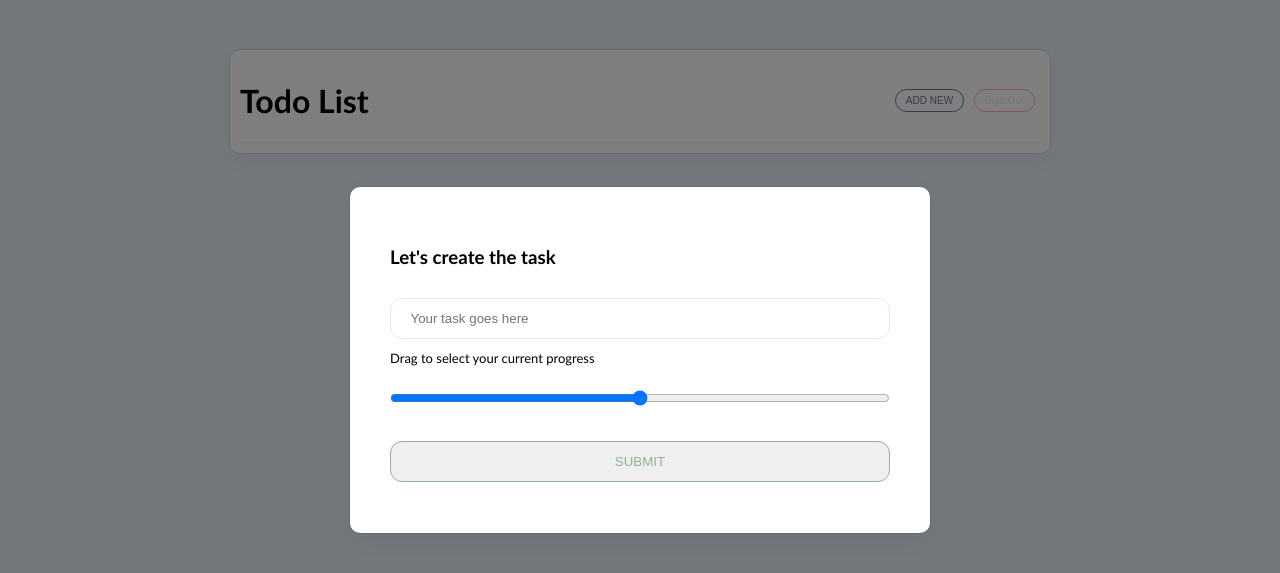
Repository: mosesvk/_todo
Page: / (app in client/), after clicking the first element matching `button.create`
An editor plug-in stored every save of this project. The page is shown before and after the next save, followed by the edit.
The browser window is 1280 px wide. The pictures show the whole page.
The page's requests for data from a server got no answer. The project was rebuilt for these pictures with package versions that can differ from the ones it lists, and the page was loaded fresh each time. No one was signed in, and anything a server would have sent is missing. Also part of the build but not shown: client/vite.config.js, client/src/components/ProgressBar.jsx, client/src/components/ListItem.jsx. Imported but missing from the stored project, and not drawn on this page: client/src/components/TickIcon.

Above is the page before, as saved 2023-05-04 13:16:01.

### client/src/App.jsx
import { useState, useEffect } from 'react'
import ListHeader from './components/ListHeader'
import ListItem from './components/ListItem'

const App = () => {
  const userEmail = 'test@test.com'
  const [tasks, setTasks] = useState(null)

  const getData = async () => {

    try {
      const response = await fetch(`http://localhost:8000/todos/${userEmail}`)
      const json = await response.json()
      setTasks(json)
    } catch (err) {
      console.error(err)
    }
  }

  useEffect(() => {
    getData()
  }, [])

  // console.log(tasks)

  const sortedTasks = tasks?.sort((a, b) => new Date(a.date) - new Date(b.date))

  return (
    <div className='app'>
      <ListHeader listName='Todo List' />
      {sortedTasks?.map((task) => <ListItem key={task.id} task={task} />)}
    </div>
  )
}

export default App

### client/src/index.css
body {
  margin: 0;
  padding: 0;
  background-color: #e9f1f9;
  display: flex;
  justify-content: center;
  font-family: 'Trebuchet MS', Arial, sans-serif;
}

.app {
  background-color: #ffffff;
  box-shadow: #0000000d 0 6px 24px, #00000014 0 0 0 1px;
  border-radius: 10px;
  padding: 10px;
  width: 800px;
  margin: 50px;
}

.button-container,
.info-container {
  display: flex;
  align-items: center;
}

.button-container button {
  margin: 0 5px;
  padding: 5px 10px;
  font-size: 10px;
  border-radius: 12px;
  background-color: transparent;
  cursor: pointer;
}


.edit {
    border: 1.5px solid #8db591;
    color: #8db591;
    text-transform: uppercase;
}

.edit:hover {
    background-color: #b6dfba;
}

.edit:active {
    border: 1.5px solid rgb(141, 181, 145);
    color: rgb(255, 255, 255);
    background-color: rgb(141, 181, 145);
}

.delete {
    border: 1.5px solid rgb(255, 175, 163);
    color: rgb(255, 175, 163);
    text-transform: uppercase;
}

.delete:hover {
    background-color: rgb(255, 201, 193);
}

.delete:active {
    background-color: rgb(255, 175, 163);
    color: rgb(255, 255, 255);
}

.create {
    border: 1.5px solid rgb(108, 115, 148);
    color: rgb(108, 115, 148);
    text-transform: uppercase;
}

.create:hover {
    background-color: rgb(131, 138, 172);
}

.create:active {
    background-color: rgb(108, 115, 148);
    color: rgb(255, 255, 255);
}

.signout {
    border: 1.5px solid rgb(255, 175, 163);
    background-color: rgb(255, 175, 163);
    color: rgb(234, 234, 234);
}

.signout:hover {
    background-color: rgb(175, 94 , 94) !important;
    border: 1.5px solid rgb(175, 94, 94);
}

.signout:active {
    border: 1.5px solid rgb(175, 81, 81);
    background-color: 1.5px solid rgb(175, 81, 81);
    color: rgb(255, 255, 255)
}


input {
    margin: 11px 0;
    padding: 12px 16px;
    border-radius: 12px;
    border: 1.5px solid rgb(230, 232, 236)
}


/* List Header  */

.list-header {
  width: 100%;
  display: flex;
  justify-content: space-between;
  border-bottom: #0000000d 1px solid;
}

.list-item {
  width: 100%;
  margin: 10px 0;
  border-radius: 10px;
  box-shadow: #00000014 0 0 0 1px;
  display: flex;
  justify-content: space-between;
}

.check {
  stroke: '#5dac83' !important;
  margin-right: 10px;
}


/* Modal  */

.overlay {
    position: absolute;
    left: 0;
    top: 0;
    width: 100vw;
    height: 100vh;
    background-color: rgba(0, 0, 0, 0.5);
    display: flex;
    justify-content: center;
    align-items: center;
}

.modal {
    width: 500px;
    background-color: rgb(255, 255, 255);
    padding: 40px;
    border-radius: 10px;
    box-shadow: rgba(0, 0, 0, 0.05) 0 6px 24px 0, rgba(0, 0, 0, 0.08) 0 0 0 1px;
}

.modal .form-title-container {
    display: flex;
    justify-content: space-between;
}

.modal .form-title-container button {
    border: none;
    background-color: transparent;
}

.modal .form-title-container button:active {
    color: rgb(255, 50, 50)
}

.modal form {
    display: flex;
    flex-direction: column;
}

.modal label {
    font-size: 13px
}

### client/src/components/ListHeader.jsx
import React from 'react'
import Modal from './Modal'
import { useState } from 'react'

const ListHeader = ({listName}) => {

  const [showModal, setShowModal] = useState(false)

  const signOut = () => {
    console.log('signout')
  }

  return (
    <div className='list-header'>
      <h1>{listName}</h1>
      <div className="button-container">
        <button className="create" onClick={() => setShowModal(true)}>Add New</button>
        <button className="signout" onClick={signOut}>Sign Out</button>
      </div>
      {showModal && <Modal mode={'create'} setShowModal={setShowModal}/>}
    </div>
  )
}

export default ListHeader

### client/src/components/Modal.jsx
import {useState} from 'react';

const Modal = ({mode, setShowModal}) => {
  mode = 'create';
  const editMode = mode === 'edit' ? true : false;

  const [data, setData] = useState({
    user_email: '',
    title: '',
    progress: '',
    data: editMode ? '' : new Date()
  });

  const handleChange = (e) => {
    const { name, value } = e.target;

    setData((data) => ({
      ...data,
      [name]: value
    }));

    console.log(data)
  };

  return (
    <div className='overlay'>
      <div className='modal'>
        <div className='form-title-container'>
          <h3>Let's {mode} the task</h3>
        </div>

        <form>
          <input
            required
            maxLength={30}
            placeholder=' Your task goes here'
            name='title'
            value={data.title}
            onChange={handleChange}
          />
          <label for='range'>Drag to select your current progress</label>
          <input
            required
            id='range'
            type='range'
            min='0'
            max='100'
            name='progress'
            value={data.progress}
            onChange={handleChange}
          />
          <input className='edit' type='submit' />
        </form>
      </div>
    </div>
  );
};

export default Modal;

Loaded but not shown: client/index.html (common file); client/src/main.jsx (common file)

After the next save:
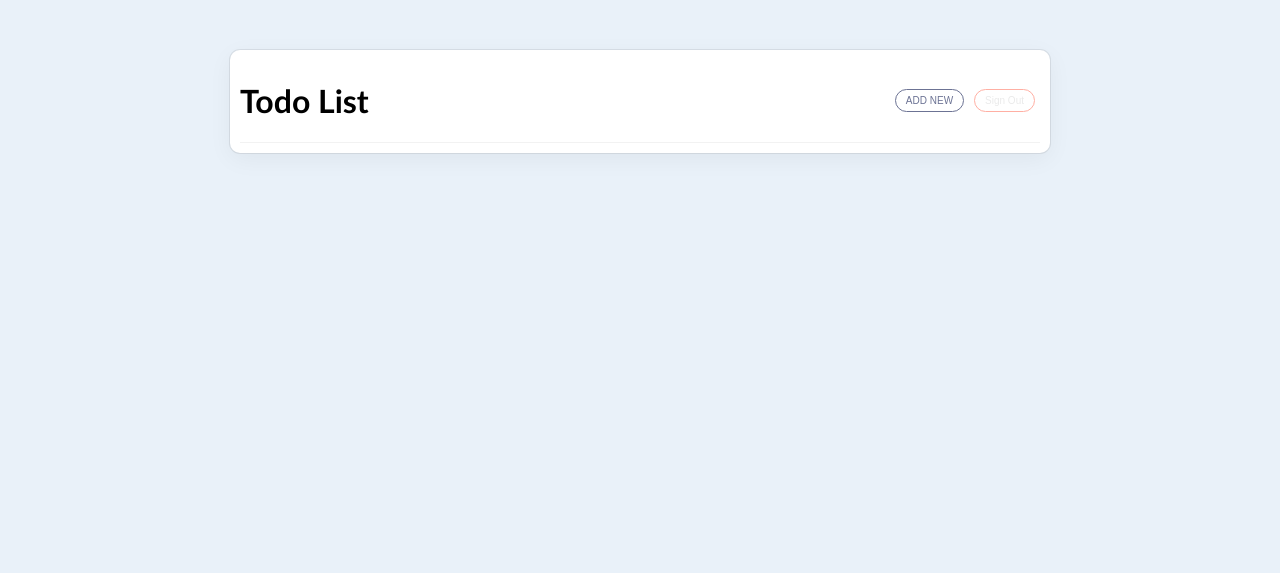
Saved 31 s later.
--- a/client/src/components/Modal.jsx
+++ b/client/src/components/Modal.jsx
@@ -27,6 +27,7 @@
       <div className='modal'>
         <div className='form-title-container'>
           <h3>Let's {mode} the task</h3>
+          <button onClick={setShowModal(false)} >X</button>
         </div>
 
         <form>

After the save that followed:
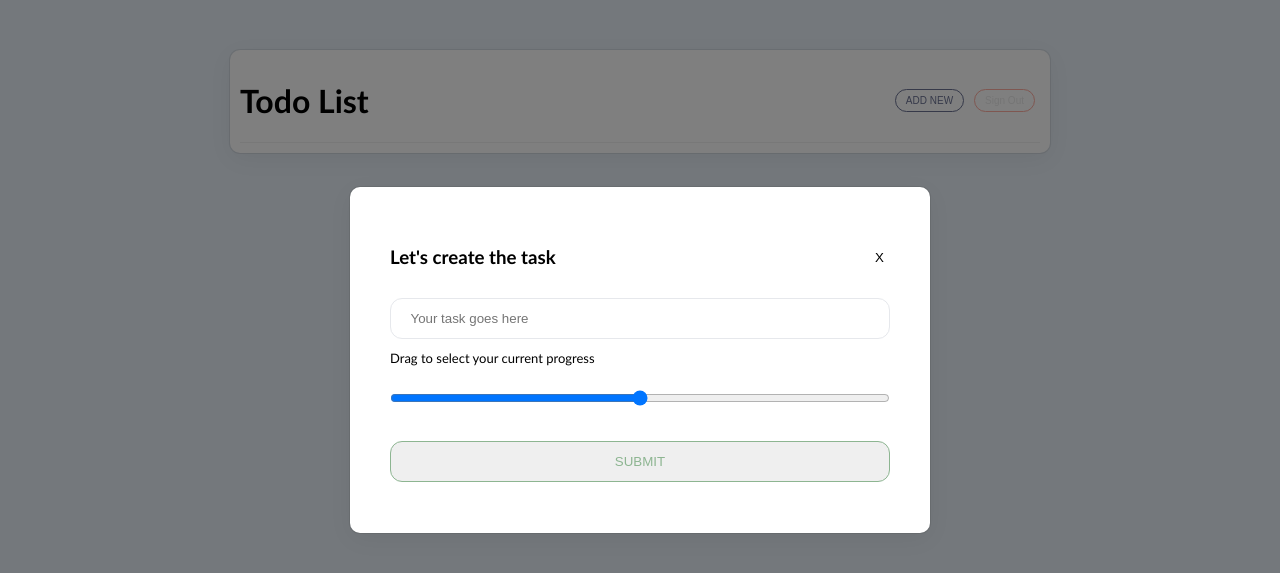
Saved 23 s later.
--- a/client/src/components/Modal.jsx
+++ b/client/src/components/Modal.jsx
@@ -27,7 +27,7 @@
       <div className='modal'>
         <div className='form-title-container'>
           <h3>Let's {mode} the task</h3>
-          <button onClick={setShowModal(false)} >X</button>
+          <button onClick={() => setShowModal(false)} >X</button>
         </div>
 
         <form>
